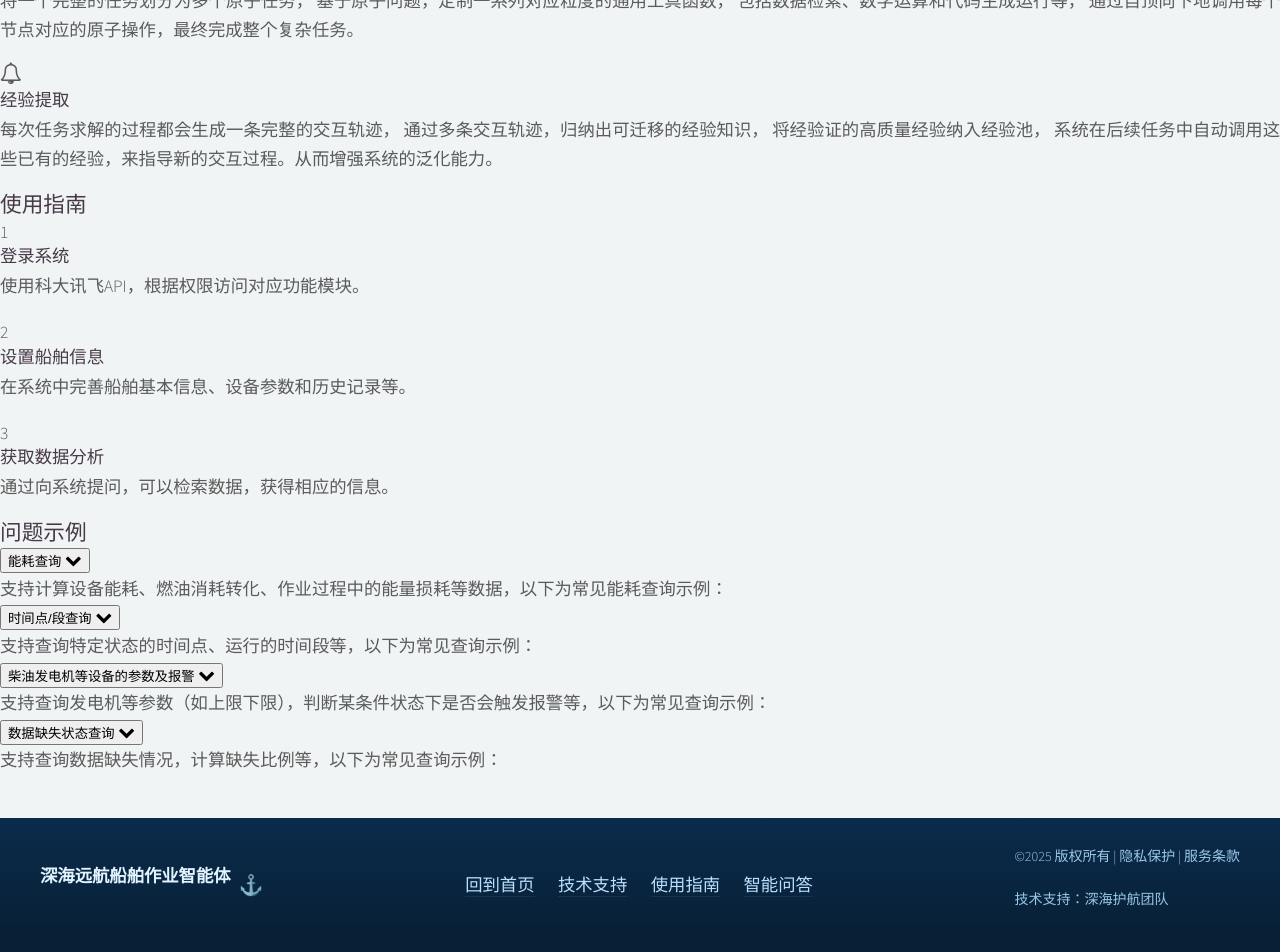
Repository: ShiCheng0104/AIC
Page: QingJing-agent/前端/深海远航船舶作业智能体/About.html
An editor plug-in stored every save of this project. The page is shown before and after the next save, followed by the edit.
The browser window is 1280 px wide. The pictures show the part of the page from y = 588 to 1540 px (the page is 1540 px tall).
Backgrounds fixed to the window are drawn as part of the page.

Above is the page before, as saved 2025-07-03 15:06:45.

### QingJing-agent/前端/深海远航船舶作业智能体/About.html
<!DOCTYPE HTML>
<!--
	Helios 1.5 by HTML5 UP
	html5up.net | @n33co
	Free for personal and commercial use under the CCA 3.0 license (html5up.net/license)
-->
<html>
	<head>
		<title>Right Sidebar - Helios by HTML5 UP</title>
		<meta http-equiv="content-type" content="text/html; charset=utf-8" />
		<meta name="description" content="" />
		<meta name="keywords" content="" />
		<link href="http://fonts.googleapis.com/css?family=Source+Sans+Pro:300,400,600" rel="stylesheet" type="text/css" />
		<!--[if lte IE 8]><script src="js/html5shiv.js"></script><![endif]-->
		<script src="js/jquery.min.js"></script>
		<script src="js/jquery.dropotron.min.js"></script>
		<script src="js/skel.min.js"></script>
		<script src="js/skel-panels.min.js"></script>
		<script src="js/init.js"></script>
		<noscript>
			<link rel="stylesheet" href="css/skel-noscript.css" />
			<link rel="stylesheet" href="css/style.css" />
			<link rel="stylesheet" href="css/style-desktop.css" />
			<link rel="stylesheet" href="css/style-noscript.css" />
		</noscript>
		<!--[if lte IE 8]><link rel="stylesheet" href="css/ie8.css" /><![endif]-->

	</head>
	<body class="About">

		<!-- Header -->
			<div id="header">

				<!-- Inner -->
					<div class="inner">
						<header>
							<h1><a href="#" id="logo">深海远航船舶作业智能体</a></h1>
						</header>
					</div>

				<!-- Nav -->
					<nav id="nav">
						<ul>
							<li><a href="index.html">Home</a></li>

							<li><a href="Our_Team.html">Our Team</a></li>
							<li><a href="About.html">About</a></li>
							<li><a href="interaction.html">Q&A</a></li>
						</ul>
					</nav>

			</div>

		<!-- Main -->
		<main class="flex-1 container mx-auto px-4 py-6">
			<div
				class="max-w-4xl mx-auto bg-white rounded-2xl shadow-soft overflow-hidden flex flex-col transform transition-all duration-300 hover:shadow-hover">
				<!-- 关于页面头部 -->
				<div class="p-6 bg-gradient-primary text-white">

					<p class="mt-2 text-primary-100 opacity-90">
						为远洋船舶提供智能化数据分析，提升作业准确率。
					</p>
				</div>

				<!-- 系统介绍 -->
				<div class="p-6 border-b border-gray-100">
					<h3 class="text-xl font-semibold text-dark mb-4">系统概述</h3>
					<p class="text-gray-600 leading-relaxed">
						基于科大讯飞大模型的多角色协同、
						基于层次分解树的任务路径动态规划以及深远海船舶领域的经验自动提取，
						我们构建了一个的具有稳定执行能力、螺旋式优化能力，并能快速泛化至新场景的多智能体系统框架。
						系统可以帮助用户更好地“看见数据”，
						帮助船舶运营企业降低成本、减少对人工依赖程度，实现智能化转型升级。
					</p>
				</div>

				<!-- 功能亮点 -->
				<div class="p-6 border-b border-gray-100">
					<h3 class="text-xl font-semibold text-dark mb-6">核心方式</h3>

					<div class="grid grid-cols-1 md:grid-cols-2 gap-6">
						<!-- 功能卡片 1 -->
						<div
							class="bg-white rounded-xl shadow-message border border-neutralDark p-5 hover:shadow-hover transition-all duration-300 transform hover:-translate-y-1">
							<div class="bg-primary/10 w-12 h-12 rounded-full flex items-center justify-center mb-4">
								<i class="fa fa-bell-o text-primary text-xl force-show"></i>
							</div>
							<h4 class="text-lg font-semibold text-dark">多角色协同</h4>
							<p class="text-gray-600 mt-2">
								共划分为3个角色：
								规划智能体结合领域知识，拆分用户的任务派发给执行智能体；
								执行智能体接收到子任务后，就会调用工具进行数据分析，然后返回子任务结果；
								监督智能体会回顾整个任务执行过程，进行纠错和总结。

								这三者之间紧密配合，共同提高任务完成的准确性。

							</p>
						</div>

						<!-- 功能卡片 2 -->
						<div
							class="bg-white rounded-xl shadow-message border border-neutralDark p-5 hover:shadow-hover transition-all duration-300 transform hover:-translate-y-1">
							<div class="bg-primary/10 w-12 h-12 rounded-full flex items-center justify-center mb-4">
								<i class="fa fa-bell-o text-primary text-xl force-show"></i>
							</div>
							<h4 class="text-lg font-semibold text-dark">层次化任务分解</h4>
							<p class="text-gray-600 mt-2">
								将一个完整的任务划分为多个原子任务，
								基于原子问题，定制一系列对应粒度的通用工具函数，
								包括数据检索、数学运算和代码生成运行等，
								通过自顶向下地调用每个节点对应的原子操作，最终完成整个复杂任务。
							</p>
						</div>

						<!-- 功能卡片 3 -->
						<div
							class="bg-white rounded-xl shadow-message border border-neutralDark p-5 hover:shadow-hover transition-all duration-300 transform hover:-translate-y-1">
							<div class="bg-primary/10 w-12 h-12 rounded-full flex items-center justify-center mb-4">
								<i class="fa fa-bell-o text-primary text-xl force-show"></i>
							</div>
							<h4 class="text-lg font-semibold text-dark">经验提取</h4>
							<p class="text-gray-600 mt-2">
								每次任务求解的过程都会生成一条完整的交互轨迹，
								通过多条交互轨迹，归纳出可迁移的经验知识，
								将经验证的高质量经验纳入经验池，
								系统在后续任务中自动调用这些已有的经验，来指导新的交互过程。从而增强系统的泛化能力。
							</p>
						</div>


					</div>
				</div>

				<!-- 使用指南 -->
				<div class="p-6 border-b border-gray-100">
					<h3 class="text-xl font-semibold text-dark mb-6">使用指南</h3>

					<div class="space-y-6">
						<!-- 步骤 1 -->
						<div class="flex">
							<div
								class="bg-primary text-white w-8 h-8 rounded-full flex items-center justify-center flex-shrink-0 mr-4">
								1</div>
							<div>
								<h4 class="text-lg font-semibold text-dark">登录系统</h4>
								<p class="text-gray-600 mt-1">
									使用科大讯飞API，根据权限访问对应功能模块。
								</p>
							</div>
						</div>

						<!-- 步骤 2 -->
						<div class="flex">
							<div
								class="bg-primary text-white w-8 h-8 rounded-full flex items-center justify-center flex-shrink-0 mr-4">
								2</div>
							<div>
								<h4 class="text-lg font-semibold text-dark">设置船舶信息</h4>
								<p class="text-gray-600 mt-1">
									在系统中完善船舶基本信息、设备参数和历史记录等。
								</p>
							</div>
						</div>

						<!-- 步骤 3 -->
						<div class="flex">
							<div
								class="bg-primary text-white w-8 h-8 rounded-full flex items-center justify-center flex-shrink-0 mr-4">
								3</div>
							<div>
								<h4 class="text-lg font-semibold text-dark">获取数据分析</h4>
								<p class="text-gray-600 mt-1">
									通过向系统提问，可以检索数据，获得相应的信息。
								</p>
							</div>
						</div>


					</div>
				</div>

				<!-- 常见问题 -->
				<div class="p-6">
					<h3 class="text-xl font-semibold text-dark mb-6">问题示例</h3>

					<div class="space-y-4">

					<!-- FAQ1 -->
					<div class="border border-neutralDark rounded-lg overflow-hidden max-w-xl mx-auto my-8">
						<!-- 按钮 -->
						<button
							class="w-full px-6 py-4 text-left font-medium text-dark flex justify-between items-center hover:bg-gray-50 transition-colors"
							onclick="toggleContent(this)">
							<span>能耗查询</span>
							<i class="fa fa-chevron-down text-gray-400 transition-transform"></i>
						</button>

						<!-- 新增：固定显示的描述文字（在按钮下方，始终可见） -->
						<div class="px-6 py-3 bg-gray-50 border-t border-neutralDark text-sm text-gray-500">
							支持计算设备能耗、燃油消耗转化、作业过程中的能量损耗等数据，以下为常见能耗查询示例：
						</div>

						<!-- 隐藏的多条示例内容（点击按钮才显示） -->
						<div class="px-6 py-4 bg-gray-50 border-t border-neutralDark hidden" id="contentList2">
							<div class="mb-4">
								<p class="text-gray-600">
									示例 1：假设柴油的密度为0.85kg/L，柴油热值为42.6MJ/kg。请根据提供的1~4号柴油发电机的燃油消耗量，计算2024年7月16日00:00:00至2024年7月20日00:00:00期间的理论发电量（单位转换为kWh，结果保留两位小数，四舍五入）
								</p>
							</div>
							<div class="mb-4">
								<p class="text-gray-600">
									示例 2：2024/8/24 DP过程中，推进系统的总能耗是多少（单位化成kWh，保留2位小数）
								</p>
							</div>
							<div>
								<p class="text-gray-600">
									示例 3：2024/08/23 深海作业A过程中，A架摆回到A架摆出期间，推进器的总做功是多少（单位为kWh，结果保留两位小数）
								</p>
							</div>
						</div>
					</div>



					<!-- FAQ2 -->
					<div class="border border-neutralDark rounded-lg overflow-hidden max-w-xl mx-auto my-8">
						<!-- 按钮 -->
						<button
						class="w-full px-6 py-4 text-left font-medium text-dark flex justify-between items-center hover:bg-gray-50 transition-colors"
						onclick="toggleContent(this)">
						<span>时间点/段查询</span>
						<i class="fa fa-chevron-down text-gray-400 transition-transform"></i>
						</button>

						<!-- 新增：固定显示的描述文字（在按钮下方，始终可见） -->
						<div class="px-6 py-3 bg-gray-50 border-t border-neutralDark text-sm text-gray-500">
						支持查询特定状态的时间点、运行的时间段等，以下为常见查询示例：
						</div>

						<!-- 隐藏的多条示例内容（点击按钮才显示） -->
						<div class="px-6 py-4 bg-gray-50 border-t border-neutralDark hidden" id="contentList2">
						<div class="mb-4">
							<p class="text-gray-600">
							示例 1：2024/8/19 下午A架的第一次开机时间（请以XX:XX输出）
							</p>
						</div>
						<div class="mb-4">
							<p class="text-gray-600">
							示例 2：统计2024/8/23上午A架的运行时长（以整数分钟输出）
							</p>
						</div>
						<div>
							<p class="text-gray-600">
							示例 3：2024/8/23 ~ 2024/8/25 哪一天上午A架的运行时长最长，运行了多久（以整数分钟输出）
							</p>
						</div>
						</div>
					</div>

					<!-- FAQ3 -->
					<div class="border border-neutralDark rounded-lg overflow-hidden max-w-xl mx-auto my-8">
						<!-- 按钮 -->
						<button
							class="w-full px-6 py-4 text-left font-medium text-dark flex justify-between items-center hover:bg-gray-50 transition-colors"
							onclick="toggleContent(this)">
							<span>柴油发电机等设备的参数及报警</span>
							<i class="fa fa-chevron-down text-gray-400 transition-transform"></i>
						</button>

						<!-- 新增：固定显示的描述文字（在按钮下方，始终可见） -->
						<div class="px-6 py-3 bg-gray-50 border-t border-neutralDark text-sm text-gray-500">
							支持查询发电机等参数（如上限下限），判断某条件状态下是否会触发报警等，以下为常见查询示例：
						</div>

						<!-- 隐藏的多条示例内容（点击按钮才显示） -->
						<div class="px-6 py-4 bg-gray-50 border-t border-neutralDark hidden" id="contentList2">
							<div class="mb-4">
								<p class="text-gray-600">
									示例 1：一号柴油发电机组冷却液温度的上下限分别是多少（需要带单位，以整数输出，逗号隔开）
								</p>
							</div>
							<div class="mb-4">
								<p class="text-gray-600">
									示例 2：假设某一时刻应急发电机组的滑油温度为 100℃，是否会触发报警？（Y：是；N：否。请回答 Y 或 N）
								</p>
							</div>
							<div>
								<p class="text-gray-600">
									示例 3：假设某一时刻应急发电机组转速为 1800RPM，是否触发报警？（Y：是；N：否。请回答 Y 或 N）
								</p>
							</div>
						</div>
					</div>

					<!-- FAQ4 -->
					<div class="border border-neutralDark rounded-lg overflow-hidden max-w-xl mx-auto my-8">
						<!-- 按钮 -->
						<button
							class="w-full px-6 py-4 text-left font-medium text-dark flex justify-between items-center hover:bg-gray-50 transition-colors"
							onclick="toggleContent(this)">
							<span>数据缺失状态查询</span>
							<i class="fa fa-chevron-down text-gray-400 transition-transform"></i>
						</button>

						<!-- 新增：固定显示的描述文字（在按钮下方，始终可见） -->
						<div class="px-6 py-3 bg-gray-50 border-t border-neutralDark text-sm text-gray-500">
							支持查询数据缺失情况，计算缺失比例等，以下为常见查询示例：
						</div>

						<!-- 隐藏的多条示例内容（点击按钮才显示） -->
						<div class="px-6 py-4 bg-gray-50 border-t border-neutralDark hidden" id="contentList2">
							<div class="mb-4">
								<p class="text-gray-600">
									示例 1：20240517~20240530（含）哪一天 A 架数据缺失最多（以 MMDD 输出）
								</p>
							</div>
							<div class="mb-4">
								<p class="text-gray-600">
									示例 2：理想情况下，Ajia_plc 一天的数据量为 1440 条，请计算 20240520 数据缺失比例（单位 %，保留两位小数）
								</p>
							</div>
							<div>
								<p class="text-gray-600">
									示例 3：理想情况下，Jiaoche_plc 一天的数据量为 1440 条，20240520~20240525（含）数据缺失比例最高的一天是哪天，缺失比例为多少（日期以 MMDD 输出，比例单位 %，保留两位小数）
								</p>
							</div>
						</div>
					</div>

					<script>
						function toggleContent(button) {
							// 关键修正：找到"描述文字的下一个兄弟元素"（即示例内容容器）
							const examplesDiv = button.nextElementSibling.nextElementSibling;
							// 找到箭头图标
							const icon = button.querySelector('i');

							// 只切换示例内容的显示/隐藏，描述文字始终显示
							examplesDiv.classList.toggle('hidden');
							// 箭头旋转状态切换
							icon.classList.toggle('rotate');
						}
					</script>

					<!-- 引入 FontAwesome 图标 -->
					<link rel="stylesheet" href="https://cdnjs.cloudflare.com/ajax/libs/font-awesome/4.7.0/css/font-awesome.min.css">
				</div>
				</main>



		<!--footer-->
		<footer>
			<div class="footer-container">
				<!-- 品牌+场景符号 -->
				<div class="footer-brand">
					<p>深海远航船舶作业智能体</p>
					<span class="ship-icon">⚓</span> <!-- 船舶锚点符号，或替换成简约船舶SVG -->
				</div>
				<!-- 实用链接区 -->
				<div class="footer-links">
					<a href="index.html">回到首页</a>
					<a href="Our_Team.html">技术支持</a>
					<a href="About.html">使用指南</a>
					<a href="interaction.html">智能问答</a>
				</div>
				<!-- 合规信息 -->
				<div class="footer-legal">
					<p>©2025 版权所有 | 隐私保护 | 服务条款</p>
					<p>技术支持：深海护航团队</p>
				</div>
			</div>
		</footer>

		<style>
			footer {
				background: linear-gradient(to bottom, #0a2b4b, #081e33);
				/* 深海渐变，强化场景 */
				color: #e0f3ff;
				padding: 24px;
			}

			.footer-container {
				max-width: 1200px;
				margin: 0 auto;
				display: flex;
				flex-wrap: wrap;
				justify-content: space-between;
				align-items: center;
			}

			.footer-brand {
				display: flex;
				align-items: center;
				gap: 8px;
				font-weight: bold;
			}

			.ship-icon {
				font-size: 20px;
				color: #6ccfff;
			}

			.footer-links a {
				color: #b9e1ff;
				margin: 0 10px;
				text-decoration: none;
				transition: color 0.3s;
			}

			.footer-links a:hover {
				color: #6ccfff;
			}

			.footer-legal {
				font-size: 14px;
				color: #99c8e9;
			}
		</style>

	</body>
</html>

### QingJing-agent/前端/深海远航船舶作业智能体/css/style-wide.css
/*
	Helios 1.5 by HTML5 UP
	html5up.net | @n33co
	Free for personal and commercial use under the CCA 3.0 license (html5up.net/license)
*/

/*********************************************************************************/
/* Basic                                                                         */
/*********************************************************************************/

	body,input,textarea,select
	{
		font-size: 14pt;
		line-height: 1.75em;
	}

/*********************************************************************************/
/* Carousel                                                                      */
/*********************************************************************************/

	.carousel
	{
		padding: 1.5em 0 1.5em 0;
	}

		.carousel .reel
		{
			padding: 0 1.5em 0 1.5em;
		}

		.carousel article
		{
			width: 18em;
			margin: 0 1.25em 0 0;
		}

### QingJing-agent/前端/深海远航船舶作业智能体/css/style-normal.css
/*
	Helios 1.5 by HTML5 UP
	html5up.net | @n33co
	Free for personal and commercial use under the CCA 3.0 license (html5up.net/license)
*/

/*********************************************************************************/
/* Wrapper                                                                       */
/*********************************************************************************/

	.wrapper
	{
		padding-left: 2em;
		padding-right: 2em;
	}

/*********************************************************************************/
/* Header                                                                        */
/*********************************************************************************/

	#header
	{
	}

		#header .inner
		{
			padding-left: 2em;
			padding-right: 2em;
		}

/*********************************************************************************/
/* Banner                                                                        */
/*********************************************************************************/

	#banner
	{
		padding-left: 2em;
		padding-right: 2em;
	}

/*********************************************************************************/
/* Footer                                                                        */
/*********************************************************************************/

	#footer
	{
		padding-left: 2em;
		padding-right: 2em;
	}

### QingJing-agent/前端/深海远航船舶作业智能体/css/style-narrow.css
/*
	Helios 1.5 by HTML5 UP
	html5up.net | @n33co
	Free for personal and commercial use under the CCA 3.0 license (html5up.net/license)
*/

### QingJing-agent/前端/深海远航船舶作业智能体/css/style-narrower.css
/*
	Helios 1.5 by HTML5 UP
	html5up.net | @n33co
	Free for personal and commercial use under the CCA 3.0 license (html5up.net/license)
*/

/*********************************************************************************/
/* Basic                                                                         */
/*********************************************************************************/

	body,input,textarea,select
	{
		font-size: 13pt;
		line-height: 1.65em;
	}

	.tweet
	{
		text-align: center;
	}

	.timestamp
	{
		display: block;
		text-align: center;
	}

/*********************************************************************************/
/* Footer                                                                        */
/*********************************************************************************/

	#footer
	{
		padding: 4em 2em 4em 2em;
	}

/*********************************************************************************/
/* Carousel                                                                      */
/*********************************************************************************/

	.carousel
	{
		padding: 1.25em 0 1.25em 0;
	}

		.carousel article
		{
			width: 18em;
			margin: 0 1em 0 0;
		}

Loaded but not shown: QingJing-agent/前端/深海远航船舶作业智能体/js/jquery.min.js (library); QingJing-agent/前端/深海远航船舶作业智能体/js/jquery.dropotron.min.js (library); QingJing-agent/前端/深海远航船舶作业智能体/js/skel.min.js (library); QingJing-agent/前端/深海远航船舶作业智能体/js/skel-panels.min.js (library); QingJing-agent/前端/深海远航船舶作业智能体/js/init.js (385 lines, source omitted); QingJing-agent/前端/深海远航船舶作业智能体/css/style.css (1604 lines, source omitted)

After the next save:
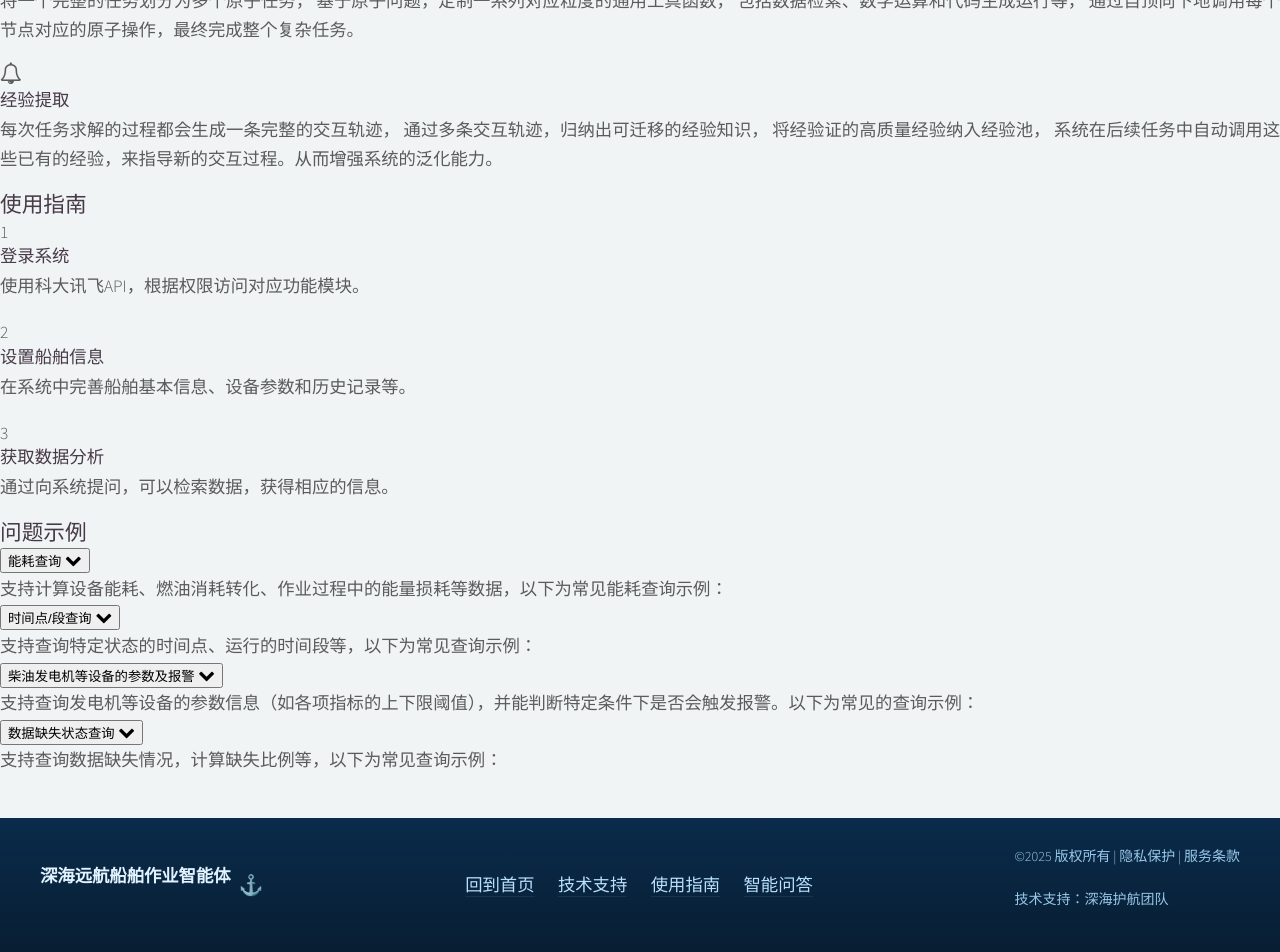
Saved 50 s later.
--- a/QingJing-agent/前端/深海远航船舶作业智能体/About.html
+++ b/QingJing-agent/前端/深海远航船舶作业智能体/About.html
@@ -270,7 +270,7 @@
 
 						<!-- 新增：固定显示的描述文字（在按钮下方，始终可见） -->
 						<div class="px-6 py-3 bg-gray-50 border-t border-neutralDark text-sm text-gray-500">
-							支持查询发电机等参数（如上限下限），判断某条件状态下是否会触发报警等，以下为常见查询示例：
+							支持查询发电机等设备的参数信息（如各项指标的上下限阈值），并能判断特定条件下是否会触发报警。以下为常见的查询示例：
 						</div>
 
 						<!-- 隐藏的多条示例内容（点击按钮才显示） -->
